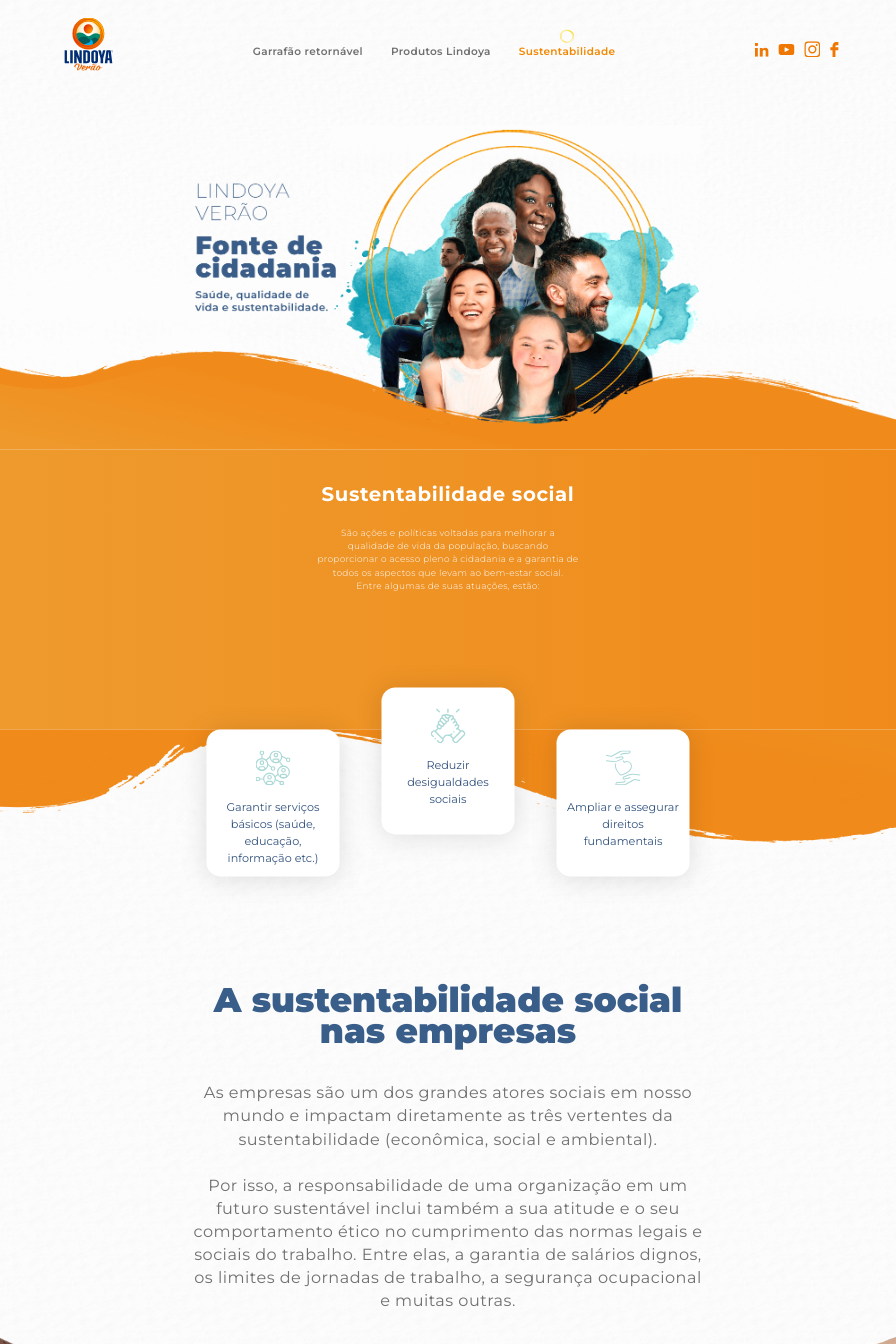
Repository: ItamarLourenco/lindoya-catalogo
Page: index.html
The author's editor kept a copy of each file at every save. The page is drawn from the files as they stood at one save, then again after the next save.
The browser window is 1280 px wide. The pictures show the part of the page from y = 0 to 1920 px (the page is 6147 px tall), at 70% of full size.

Above is the page before, as saved 2023-02-08 19:27:17.

After the next save:
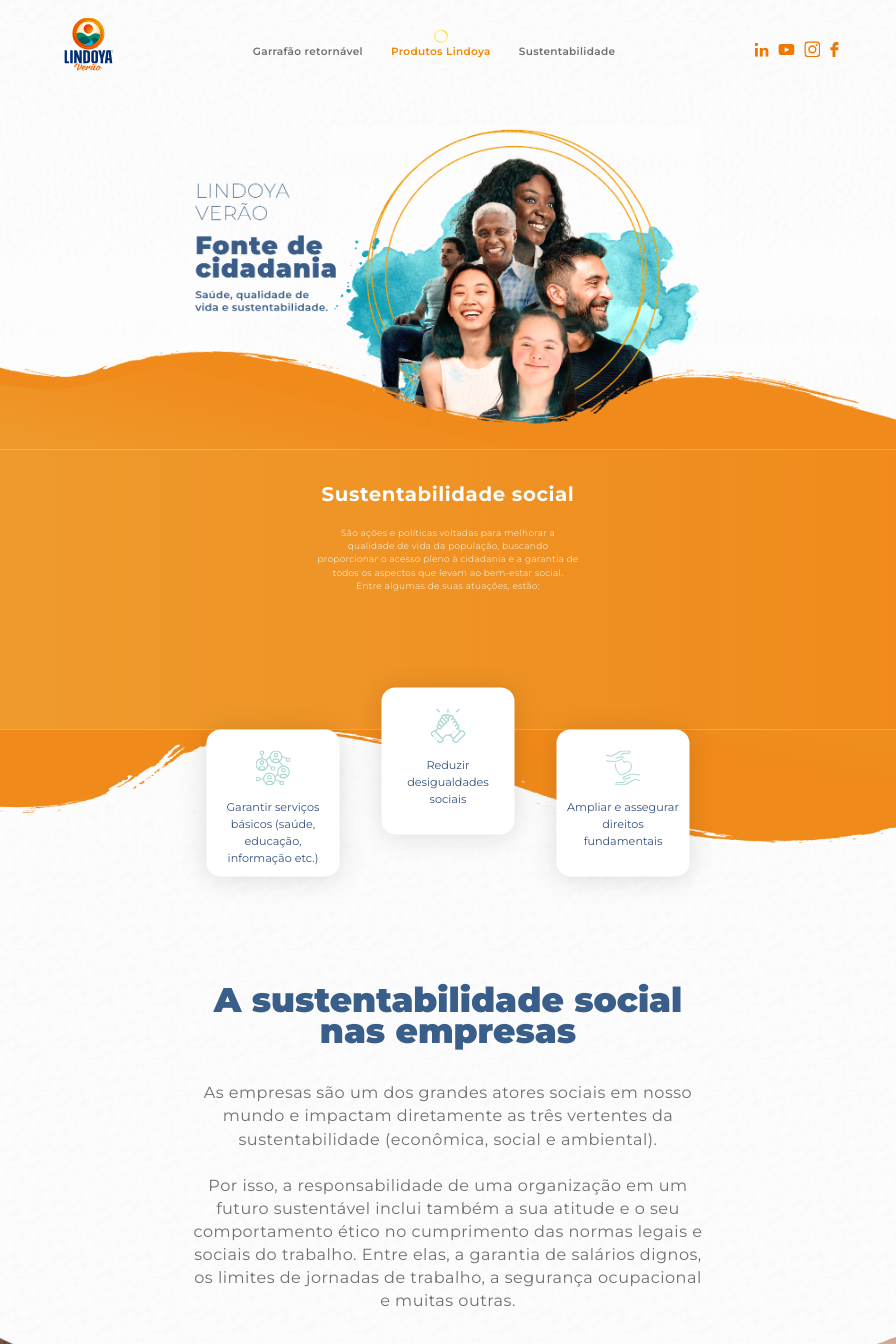
Saved 3 min 21 s later.
--- a/index.html
+++ b/index.html
@@ -22,8 +22,8 @@
       </div>
       <div class="nav__menu">
         <a href="" class="nav__menu__link">Garrafão retornável</a>
-        <a href="" class="nav__menu__link">Produtos Lindoya</a>
-        <a href="" class="nav__menu__link nav__menu__link--selected">Sustentabilidade</a>
+        <a href="" class="nav__menu__link nav__menu__link--selected">Produtos Lindoya</a>
+        <a href="" class="nav__menu__link">Sustentabilidade</a>
       </div>
       <div class="nav__redes">
         <a target="_blank" href="https://www.linkedin.com/company/lindoyaverao/?originalSubdomain=br"><img src="./assets/images/linkedin.svg" /></a>
